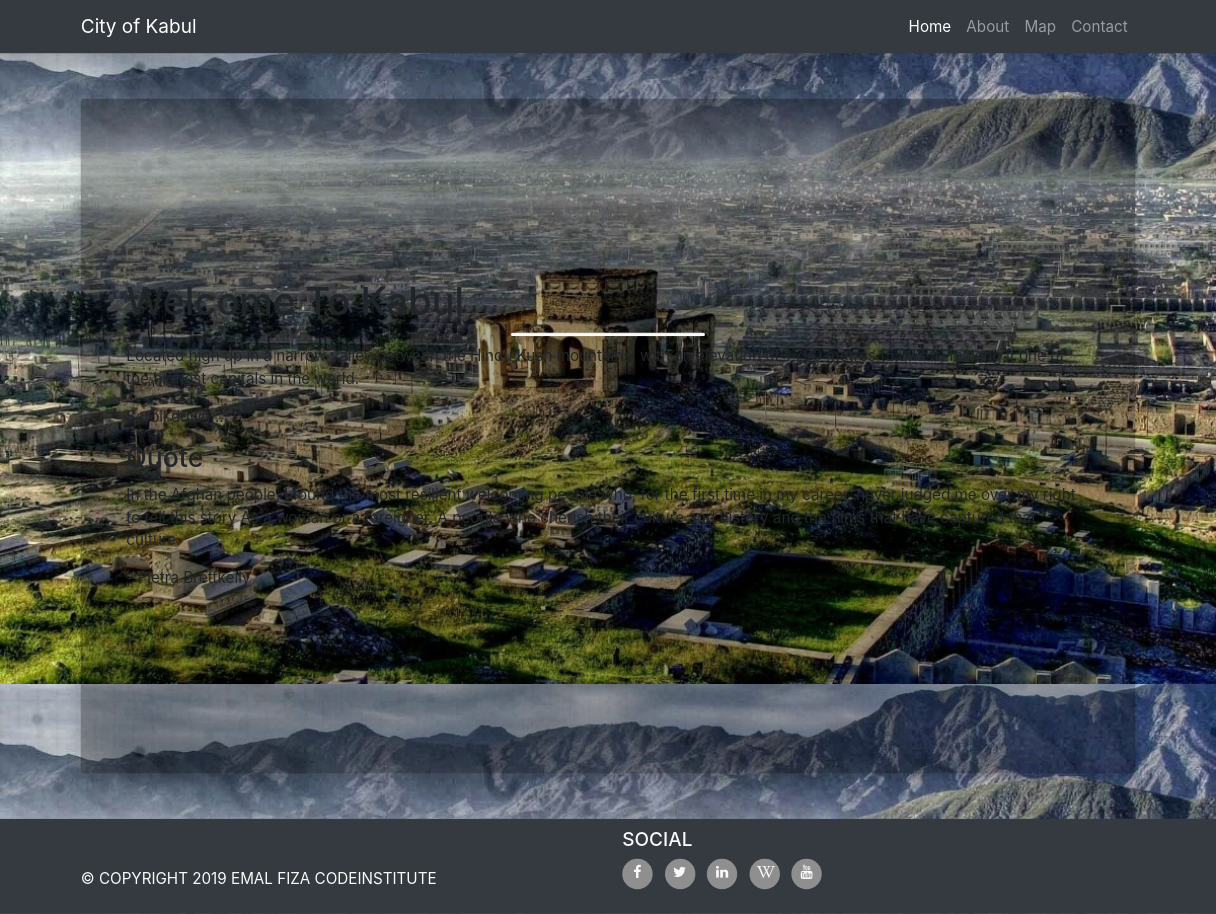
Repository: emalfiza/project-kabul
Page: index.html
The author's editor kept a record of every edit. The page is drawn from the files as they stood at one moment, then again after the next edit.
The browser window is 1280 px wide. The pictures show the whole page, at 95% of full size.
Backgrounds fixed to the window are drawn as part of the page. Some web fonts or font styles are not loaded; a fallback is used. Some web libraries are served in a nearby version.

Above is the page before.

### index.html
<!DOCTYPE html>
<html lang="en">

<head>
  <meta charset="UTF-8">
  <meta name="viewport" content="width=device-width, initial-scale=1.0">
  <meta http-equiv="X-UA-Compatible" content="ie=edge">
  <link rel="stylesheet" href="https://stackpath.bootstrapcdn.com/bootstrap/4.3.1/css/bootstrap.min.css" type="text/css" />
  <link rel="stylesheet" href="https://stackpath.bootstrapcdn.com/font-awesome/4.7.0/css/font-awesome.min.css" type="text/css" />
  <link rel="stylesheet" href="assets/css/style.css" type="text/css" />
  <title>City of Kabul</title>
</head>

<body id="body">
  <header>

    <!--Navbar for the landing page of city of kabul. It's a Bootstrap navbar------------------------------------------->

    <nav class="navbar navbar-expand-lg navbar-dark bg-dark static-top mb-5 shadow">
      <div class="container">
        <a class="navbar-brand" href="index.html">City of Kabul</a>
        <button class="navbar-toggler" type="button" data-toggle="collapse" data-target="#navbarResponsive" aria-controls="navbarResponsive" aria-expanded="false" aria-label="Toggle navigation">
          <span class="navbar-toggler-icon"></span>
        </button>
        <div class="collapse navbar-collapse" id="navbarResponsive">
          <ul class="navbar-nav ml-auto">
            <li class="nav-item active">
              <a class="nav-link" href="index.html">Home
                <span class="sr-only">(current)</span>
              </a>
            </li>
            <li class="nav-item">
              <a class="nav-link" href="about.html">About</a>
            </li>
            <li class="nav-item">
              <a class="nav-link" href="map.html">Map</a>
            </li>
            <li class="nav-item">
              <a class="nav-link" href="contact.html">Contact</a>
            </li>
          </ul>
        </div>
      </div>
    </nav>
  </header>

  <!--Page Content------------------------------------------>

  <section>
    <div class="container">
      <div class="card border-0 shadow my-5">
        <div class="card-body p-5">
          <div class="context">
            <h1>Welcome To Kabul</h1>
            <hr>
            <p>Located high up in a narrow valley between the Hindu Kush mountains, with an elevation of 1,790 metres (5,873 ft) making it one of the highest capitals in the world.</p>
            <p>Scroll down...</p>
          </div>
          <div class="quote" style="height: 300px">
            <h3>Quote</h3>
            <P>In the Afghan people, I found the most resilient welcoming people who, for the first time in my career, never judged me over my right to tell this story
            As a woman or a foreigner. A people who cherish their culture and history and the films that have captured that culture.</P>
            <p>- Pietra Brettkelly</p>
          </div>
        </div>
      </div>
    </div>
  </section>



  <footer class="container-fluid footer">
    <div class="container">
      <div class="row">
        <div class="col-sm-6">
          <p class="uppercase general-sub special">&copy; Copyright 2019 Emal Fiza CodeInstitute</p>
        </div>
        <div class="col-sm-6">
          <h5 class="uppercase general-sub">Social</h5>
          <ul class="list-inline social-links">
            <li class="list-inline-item">
              <a target="_blank" href="https://www.facebook.com/places/Things-to-do-in-Kabul-Afghanistan/102164239825190/">
              <i class="fa fa-facebook" aria-hidden="true"></i>
              <span class="sr-only">Facebook</span>
            </a>
            </li>
            <li class="list-inline-item">
              <a target="_blank" href="https://twitter.com/kabulnewstv">
              <i class="fa fa-twitter" aria-hidden="true"></i>
              <span class="sr-only">Twitter</span>
            </a>
            </li>
            <li class="list-inline-item">
              <a target="_blank" href="#">
              <i class="fa fa-linkedin" aria-hidden="true"></i>
              <span class="sr-only">LinkedIn</span>
            </a>
            </li>
            <li class="list-inline-item">
              <a target="_blank" href="https://en.wikipedia.org/wiki/Kabul">
              <i class="fa fa-wikipedia-w" aria-hidden="true"></i>
              <span class="sr-only">Wikipedia</span>
            </a>
            </li>
            <li class="list-inline-item">
              <a target="_blank" href="https://www.youtube.com/watch?v=JuWQ4T8p5m0">
              <i class="fa fa-youtube" aria-hidden="true"></i>
              <span class="sr-only">YouTube</span>
            </a>
            </li>
          </ul>
        </div>
      </div>
    </div>

  </footer>
  <script src="https://code.jquery.com/jquery-3.2.1.slim.min.js" integrity="sha384-KJ3o2DKtIkvYIK3UENzmM7KCkRr/rE9/Qpg6aAZGJwFDMVNA/GpGFF93hXpG5KkN" crossorigin="anonymous"></script>
  <script src="https://cdnjs.cloudflare.com/ajax/libs/popper.js/1.12.9/umd/popper.min.js" integrity="sha384-ApNbgh9B+Y1QKtv3Rn7W3mgPxhU9K/ScQsAP7hUibX39j7fakFPskvXusvfa0b4Q" crossorigin="anonymous"></script>
  <script src="https://maxcdn.bootstrapcdn.com/bootstrap/4.0.0/js/bootstrap.min.js" integrity="sha384-JZR6Spejh4U02d8jOt6vLEHfe/JQGiRRSQQxSfFWpi1MquVdAyjUar5+76PVCmYl" crossorigin="anonymous"></script>
</body>

</html>

### assets/css/style.css
@import url('https://fonts.googleapis.com/css?family=Concert+One|Grenze&display=swap:100,200,300,400,500,600,700,800|Grenze:100,200,300,400,500,600,700,800');


/* --
,------.                  ,--.    ,------.,--.
|  .---',--,--,--. ,--,--.|  |    |  .---'`--',-----. ,--,--.
|  `--, |        |' ,-.  ||  |    |  `--, ,--.`-.  / ' ,-.  |
|  `---.|  |  |  |\ '-'  ||  |    |  |`   |  | /  `-.\ '-'  |
`------'`--`--`--' `--`--'`--'    `--'    `--'`-----' `--`--'


The bellow body css imported from the startbootstrap.com
for the full background image of the landing page---------------*/

#body {
  background: url("../images/kabul.jpg") no-repeat center center fixed;
  background-size: cover;
  -webkit-background-size: cover;
  -moz-background-size: cover;
  -o-background-size: cover;
}

.img-fluid {
  margin-bottom: 18px;
}

/* --Navbar-----------------------------------------------------*/

.navbar-brand {
  color: #fafafa;
}

/* --Heading-----------------------------------------------------*/

.title {
  font-family: "Concert One", sans-serif;
  font-weight: bolder;
  text-align: center;
  letter-spacing: 2px;
  text-transform: uppercase;
  font-size: 60px;
  color: #fafafa;
  margin-bottom: 10px;
}

hr {
  width: 20%;
  display: block;
  margin-top: 0.5em;
  margin-bottom: 0.5em;
  margin-left: auto;
  margin-right: auto;
  border-style: double;
  border-width: 1px;
  border-radius: 2px;
  height: 2px;
  color: #fafafa;
  background-color: #fafafa;
}

.card {
  background-color: rgba(0, 0, 0, 0.3);
}

.context {
  margin-top: 14%;
}

.primary,
.lead {
  font-family: "Grenze", sans-serif;
  font-size: 22px;
  color: #fafafa;
  text-align: center;
  margin-top: 32px;
}

.lead {
  margin-top: 20px;
}

.section-heading {
  font-family: "Concert One", sans-serif;
  text-align: center;
}

/* --Main content-----------------------------------------------*/

.section-paragraph {
  font-family: "Grenze", sans-serif;
  margin: 0 0 18px 0;
  text-align: justify;
  font-weight: 400;
  font-size: 22px;
  color: #4a4a4f;
}

.list-group {
  margin-bottom: 18px;
  padding: 0;
  font-family: "Concert One", sans-serif;
  font-weight: 600;
  color: #212529;
}

.info {
  font-family: "Concert One", sans-serif;
  color: #4a4a4f;
}

.contact {
  margin-top: 32px;
}

.message {
  width: 100%;
  height: 200px;
  border: 1px solid #ced4da;
  padding: .375rem .75rem;
  color: #495057;
  border-radius: .25rem;
}

.btn {
  margin-bottom: 22px;
}

/* --Map for the map page---------------------------------------*/

.map {
  margin: 0;
  padding: 0;
  height: 100vh;
}


/* --Form for the contact page----------------------------------*/

.form-control:focus {
  border-color: #DC3545;
  box-shadow: 0 0 0 0.2rem rgba(220,53,69,.25);
}

/* --Footer-----------------------------------------------------*/

footer {
  background-color: #343a40!important;
  color: #fafafa;
  min-height: 100px;
}

.footer {
  position: initial;
  left: 0;
  bottom: 0;
  width: 100%;
}

.uppercase {
  text-transform: uppercase;
}

/* --The font-family for the general-sub I copied from the bootsratp navbar "DevTool" of my home page
because I wanted my footer font family to match my navbar--*/

.general-sub {
  font-family: -apple-system, BlinkMacSystemFont, "Segoe UI", Roboto, "Helvetica Neue",
  Arial, "Noto Sans", sans-serif, "Apple Color Emoji", "Segoe UI Emoji", "Segoe UI Symbol", "Noto Color Emoji";
  margin-top: 10px;
}

.special {
  margin-left: 0px;
  margin-top: 50px;
}

.social-links {
  padding: 0;
}

.social-links li a i {
  position: relative;
  width: 32px;
  height: 32px;
  padding: 8px;
  border-radius: 50%;
  font-size: 15px;
  line-height: 12px;
  text-align: center;
  color: #fafafa;
  background-color: #8f8f8f;
  transition: all 0.40s ease-in-out;
  -moz-transition: all 0.40s ease-in-out;
  -webkit-transition: all 0.40s ease-in-out;
  -o-transition: all 0.40s ease-in-out;
}

.social-links li a i:hover {
  background-color: #252525;
}

After the next edit:
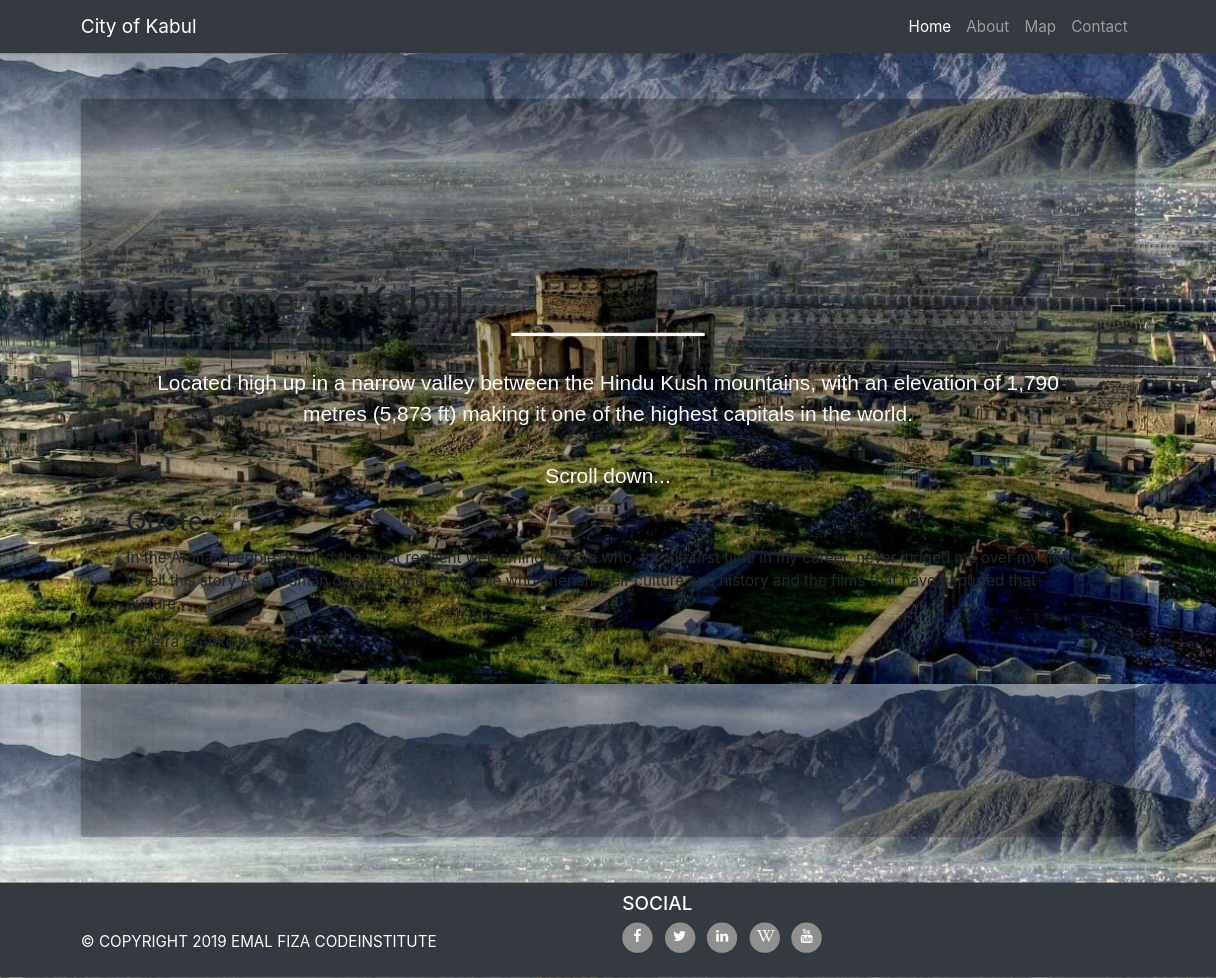
The edit:
--- a/assets/css/style.css
+++ b/assets/css/style.css
@@ -66,8 +66,7 @@
   margin-top: 14%;
 }
 
-.primary,
-.lead {
+.context p {
   font-family: "Grenze", sans-serif;
   font-size: 22px;
   color: #fafafa;
